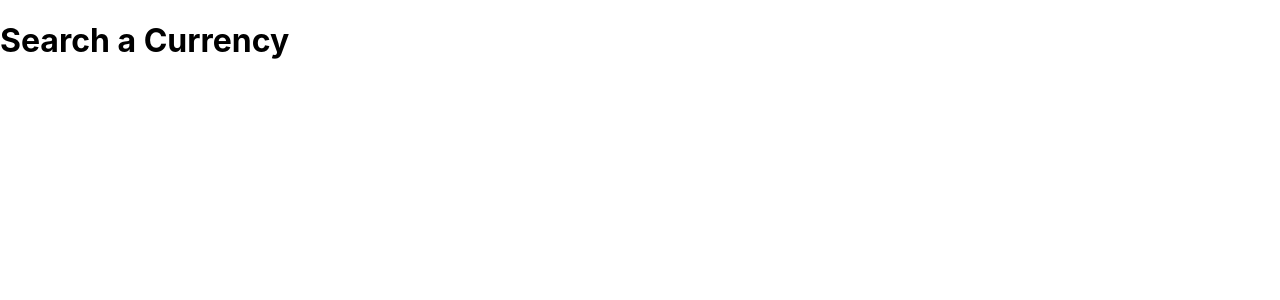
Repository: KamalEssam/react-api-crypto-tracker
Page: /
An editor plug-in stored every save of this project. The page is shown before and after a run of saves, followed by the edit.
The browser window is 1280 px wide. The pictures show the whole page.
The page's requests for data from a server got no answer. The project was rebuilt for these pictures with package versions that can differ from the ones it lists, and the page was loaded fresh each time. No one was signed in, and anything a server would have sent is missing. Also part of the build but not shown: src/App.css.

Above is the page before, as saved 2021-12-17 00:58:02.

After the next 8 saves:
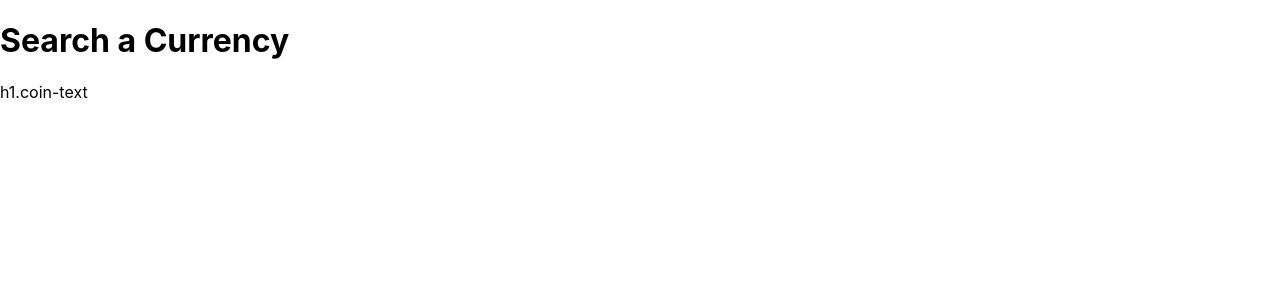
The 8 saves are shown as one change because they came seconds apart.
The last was saved 36 s later.
--- a/src/App.js
+++ b/src/App.js
@@ -20,7 +20,7 @@ function App() {
     <div className="coin-app">
       <div className="coin-search">
       <h1 className="coin-text">Search a Currency</h1>
-
+h1.coin-text
       </div>
     </div>
   );
